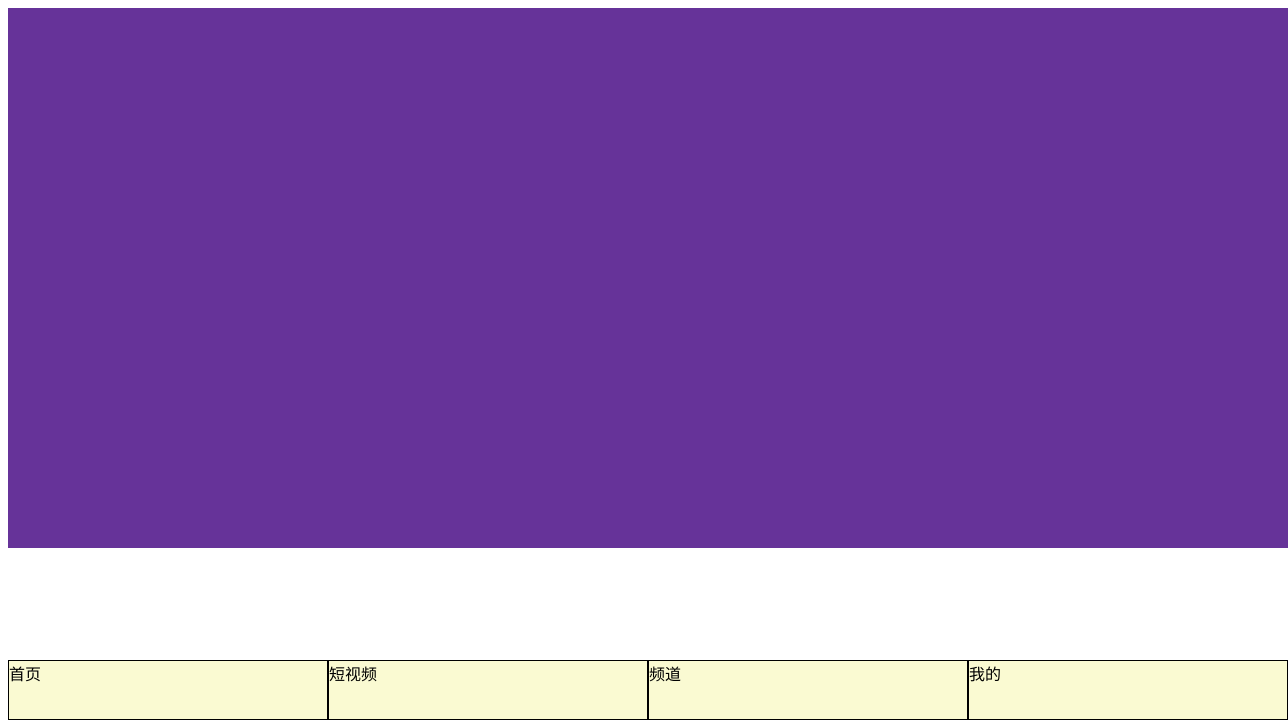
Repository: ITliuxiangyu/H51911Test
Page: video_demo/index.html
These files come from the project's save history. The page is drawn as it stood at one moment and after the next save; the edit follows.
The browser window is 1280 px wide. The page is 1288 px wide, so the pictures cover 1288 px, including what lies to the right of the window. The pictures show the whole page.

Above is the page before, as saved 2019-12-20 09:53:33.

### video_demo/index.html
<!DOCTYPE html>
<html lang="en">
<head>
    <meta charset="UTF-8">
    <meta name="viewport" content="width=device-width, initial-scale=1.0">
    <meta http-equiv="X-UA-Compatible" content="ie=edge">
    <title>Document</title>
    <link rel="stylesheet" href="./css/index.css">
</head>
<body>
    <div class="app">
        <div class="app_content"></div>
        <div class="app_tabbar">
            <div class="tabbar_item">
                <div>
                    <!-- <img src="./imgs/shouye.png" alt=""> -->
                </div>
                <span>首页</span>
            </div>
            <div class="tabbar_item">
                <div>
                    <!-- <img src="./imgs/redu.png" alt=""> -->
                </div>
                <span>短视频</span>
            </div>
            <div class="tabbar_item">
                <div>
                    <!-- <img src="./imgs/pindao.png" alt=""> -->
                </div>
                <span>频道</span>
            </div>
            <div class="tabbar_item">
                <div>
                    <!-- <img src="./imgs/wode.png" alt=""> -->
                </div>
                <span>我的</span>
            </div>
        </div>
    </div>
</body>
<script src="./js/jquery-3.4.1.min.js"></script>
<script src="./js/index.js"></script>
</html>

### video_demo/css/index.css
/* 页面的内容区域部分 */
.app_content{
    width: 100vw;
    background-color: rebeccapurple;
}
.app_tabbar{
    width: 100vw;
    height: 60px;
    background-color: lightgoldenrodyellow;
    position: fixed;
    bottom: 0px;
    display: flex;
}
/* 底部的四个小块 */
.tabbar_item{
    flex: 1;
    border: 1px solid black;
}

### video_demo/js/index.js
// 内容区域的高度
var screen_h = window.screen.height
var screen_w = window.screen.width

$(".app_content").css({
    "height": screen_h - $(".app_tabbar").outerHeight() + "px"
})

Loaded but not shown: video_demo/js/jquery-3.4.1.min.js (library)

After the next save:
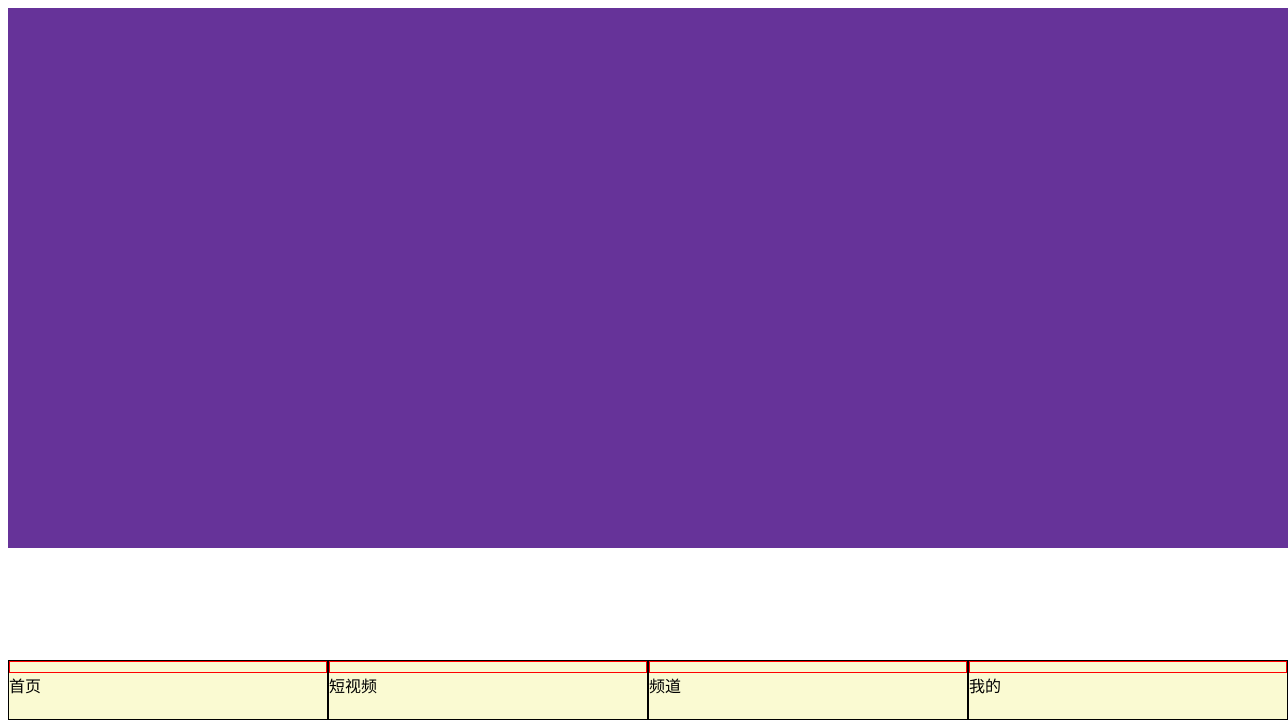
Saved 26 s later.
--- a/video_demo/css/index.css
+++ b/video_demo/css/index.css
@@ -16,3 +16,7 @@
     flex: 1;
     border: 1px solid black;
 }
+.tabbar_item div{
+    border: 1px solid red;
+    height: 10px;
+}

After the save that followed:
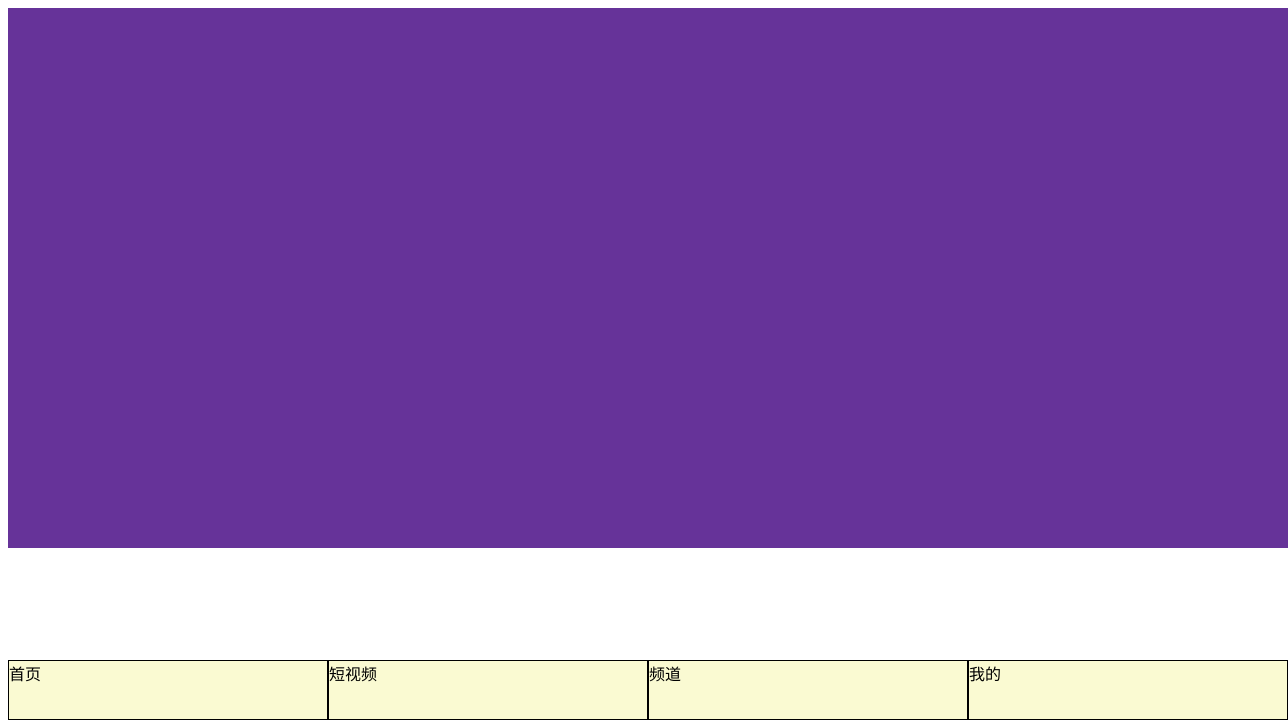
Saved 20 s later.
--- a/video_demo/css/index.css
+++ b/video_demo/css/index.css
@@ -16,7 +16,8 @@
     flex: 1;
     border: 1px solid black;
 }
-.tabbar_item div{
+.tabbar_item div img{
+    width: 100%;
     border: 1px solid red;
     height: 10px;
 }
